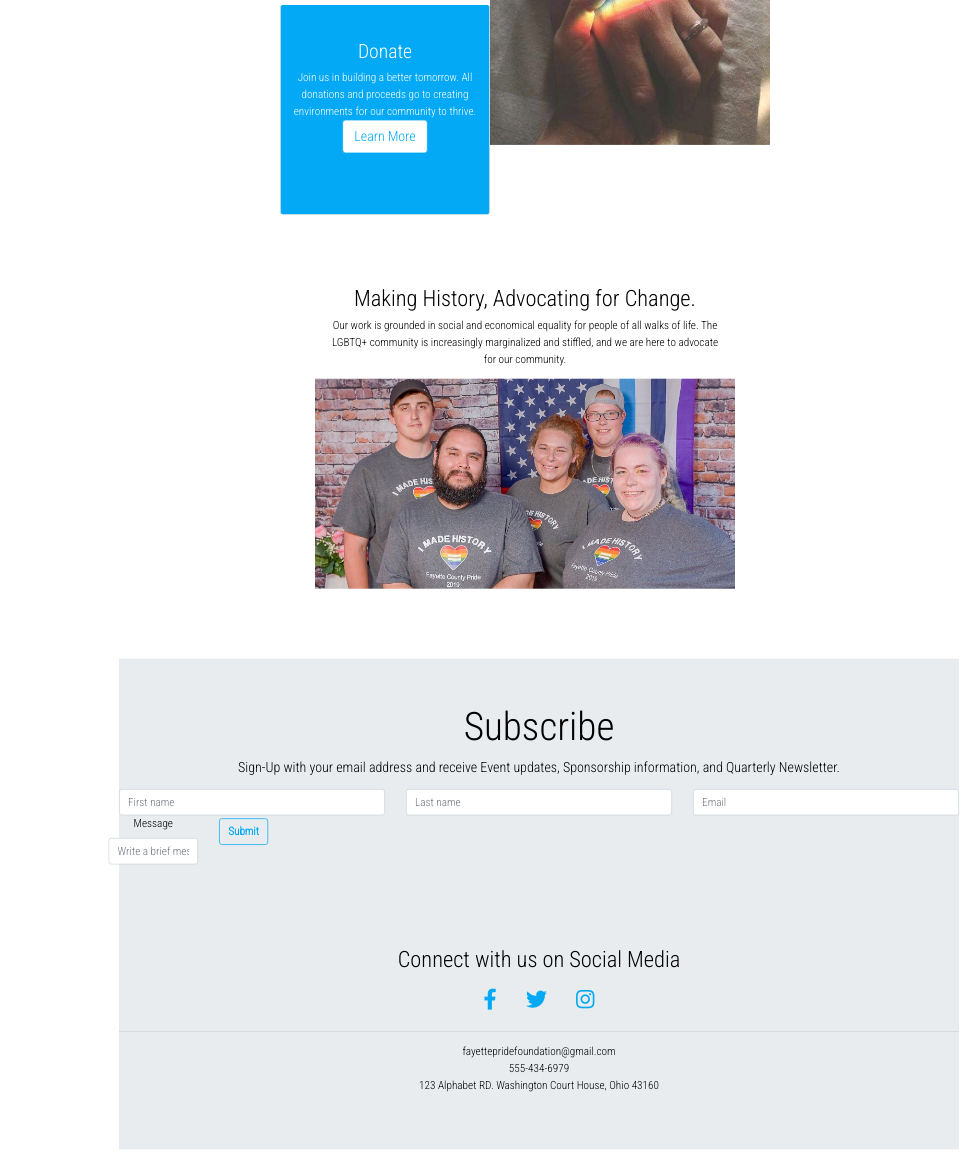
Repository: Code-Institute-Submissions/https-github.com-callendera-Milestone-Project-2
Page: index.html
The author's editor kept a record of every edit. The page is drawn from the files as they stood at one moment, then again after the next edit.
The browser window is 1280 px wide. The page is 1385 px wide, so the pictures cover 1385 px, including what lies to the right of the window. The pictures show the part of the page from y = 2050 to 3810 px (the page is 3724 px tall before and 3810 px after), at 70% of full size.
Backgrounds fixed to the window are drawn as part of the page. Some web libraries are served in a nearby version.

Above is the page before.

### index.html
<!DOCTYPE html>
<html lang="en">

<head>
    <meta charset="UTF-8">
    <meta name="viewport" content="width=device-width, initial-scale=1.0">
    <meta http-equiv="X-UA-Compatible" content="ie=edge">
    <title>Fayette County PRIDE</title>


    <link href="https://fonts.googleapis.com/css?family=Amatic+SC:700|Roboto+Condensed:300&display=swap" rel="stylesheet">

    <!--this code provides my Icons-->
    <link rel="stylesheet" href="https://use.fontawesome.com/releases/v5.8.1/css/all.css" integrity="sha384-50oBUHEmvpQ+1lW4y57PTFmhCaXp0ML5d60M1M7uH2+nqUivzIebhndOJK28anvf" crossorigin="anonymous">
    <!--this code allows me to use bootstrap styles and pieces of code-->
    <link rel="stylesheet" href="https://stackpath.bootstrapcdn.com/bootstrap/4.3.1/css/bootstrap.min.css" integrity="sha384-ggOyR0iXCbMQv3Xipma34MD+dH/1fQ784/j6cY/iJTQUOhcWr7x9JvoRxT2MZw1T" crossorigin="anonymous">

    <!--links to my style sheet: style.css-->
    <link rel="stylesheet" href="assets/css/style.css" type="text/css" />

</head>

<body>
    <!--NavBar-->

    <!--Navbar styles are given by the class names. and the navbar is fixed at the top to allow a better UX-->


    <nav class="navbar navbar-light my-navbar navbar-expand-sm fixed-top">
        <a class="navbar-brand my-navbar-brand" href="#">
    <img src="assets/images/logo.jpg" width="175" height="125" class="d-inline-block align-top" alt="Fayette County PRIDE logo">
  </a>

        <!--this code allows my navbar tp be compressed into a navbar toggler on smaller screen sizes-->
        <button class="navbar-toggler ml-auto my-navbar-toggler" type="button" data-toggle="collapse" data-target="#navbarNavDropdown" aria-controls="navbarNavDropdown" aria-expanded="false" aria-label="Toggle navigation">
            <span class="navbar-toggler-icon my-navbar-toggler-icon"></span></button>


        <!--this code targets the toggler-->
        <div class="collapse navbar-collapse" id="navbarNavDropdown">
            <!--these are my links to navigate you through the site-->
            <ul class="navbar-nav my-navbar-nav mr-auto justify-content-center">
                <li class="nav-item mr-2"><a class="nav-link my-nav-link" href="//">Sponsorship</a></li>
                <li class="nav-item mr-2"><a class="nav-link my-nav-link" href="//">Events</a></li>
                <li class="nav-item mr-2"><a class="nav-link my-nav-link" href="//">Volunteer</a></li>
                <li class="nav-item mr-6"><a class="nav-link my-nav-link" href="contact.html">Learn More</a></li>
            </ul>
            <!--This code blocks the button and text from being shown on small screens, but appears on larger screen sizes-->
            <div class="d-none d-lg-block">
                <!--gives the viewer the oportunity to become a sponsor while still browsing the site-->

                <a href="contact.html"><button type="button" class="btn btn-lg my-nav-btn btn-success my-btn">Donate</button></a>
            </div>
        </div>
    </nav>
    <!--navbar-->

    <!--CallOut-->
    <!-- this div allows for a full width container, spanning the entire width of the viewport.-->
    <div class="container-fluid">


        <!--holds the background picture for the landing page-->

        <div class="col-12 callout-container">




        </div>
        <!--callout-->
        <hr>
        <!--Involved-->
        <div class="row text-center involved-margin">

            <span class="border-top-0 rounded border involved-span">
                <div class="involved-padding">
                <h3>Volunteer</h3>
               <p>Get involved and join us in making history. Our work would not be possible without you. We rely on the passion and expertise of volunteers to make our vision a reality. </p> <a href="contact.html"><button type="button" class="btn btn-lg my-nav-btn btn-success my-involved-btn">Learn More</button></a>
                </div>
            </span>


            <div class="involved-div1 rounded-top float-right">
                <!--<img src="assets/images/rainbow.jpg" class="rounded-top float-right" alt="...">-->
            </div>

        </div>
        <div class="row text-center involved-margin">
            <div class="involved-div2 rounded-top float-left">
                <!--<img src="assets/images/vendors.jpg" class="rounded-top float-left" alt="...">-->
            </div>

            <span class="border-top-0 rounded border involved-span">
                <div class="involved-padding">
                <h3>Vendor Application</h3>
             <p>We are looking for locally sourced and community oriented vendors to help represent our foundation. Vendor applications are available in a PDF and online form.<a href="contact.html"><button type="button" class="btn btn-lg my-nav-btn btn-success my-involved-btn">Learn More</button></a></p>
                </div>
            </span>
        </div>
    </div>
    <div class="row text-center involved-margin">

        <span class="border-top-0 rounded border involved-span">
            <div class="involved-padding">
                <h3>Donate</h3>
                <p>Join us in building a better tomorrow. All donations and proceeds go to creating environments for our community to thrive. <a href="contact.html"><button type="button" class="btn btn-lg my-nav-btn btn-success my-involved-btn">Learn More</button></a></p>
                </div>
            </span>

        <div class="involved-div3 rounded-top float-right">
            <!--<img src="assets/images/holding.jpg" class="rounded-top float-right" alt="...">-->
        </div>

    </div>


    <div class="row text-center history-div">
        <div class="col-12 history-col">
            <h2>Making History, Advocating for Change.</h2>
            <p>Our work is grounded in social and economical equality for people of all walks of life. The LGBTQ+ community is increasingly marginalized and stiffled, and we are here to advocate for our community. </p>
        </div>
        <div class="col-12 group-image-div">

        </div>
    </div>
    <div class="jumbotron jumbotron-fluid my-jumbotron text-center">
        <div class="container">
            <h1 class="display-4">Subscribe</h1>
            <p class="lead">Sign-Up with your email address and receive Event updates, Sponsorship information, and Quarterly Newsletter.</p>
        </div>
        <form>
            <div class="row">
                <div class="col-4">
                    <input type="text" class="form-control" placeholder="First name">
                </div>
                <div class="col-4">
                    <input type="text" class="form-control" placeholder="Last name">
                </div>
                <div class="col-4">
                    <input type="email" class="form-control" id="inputEmail3" placeholder="Email">
                </div>
                <div class="row">
                <div class="form-group col-6">
                    <label for="inputAddress">Message</label>
                    <input type="text" class="form-control" id="inputAddress" placeholder="Write a brief message">
                </div>
                <div class="col-auto my-1">
                    <button type="submit" class="btn btn-primary my-btn">Submit</button>
                </div>
            </div>
        </form>
    </div>
    <div class="col-12 social-container text-center">
        <h2 class="social-heading">Connect with us on Social Media</h2>
        <div>



            <!--all social media links are placed within a span to allow them to line up inline-->
            <ul class="list-inline social-media">
                <!--atrribute is given to make the social media symbol a link to the facebook page-->
                <li class="list-inline-item"><a href="//" target="_blank"><i class="fab fa-facebook-f"></i>
                    <span class="sr-only">Facebook</span></a></li>
                <!--atrribute is given to make the social media symbol a link to the twitter page-->
                <li class="list-inline-item"><a href="//" target="_blank"><i class="fab fa-twitter"></i>
                    <span class="sr-only">Twitter</span></a></li>
                <!--atrribute is given to make the social media symbol a link to the youtube page-->
                <li class="list-inline-item"><a href="//" target="_blank"><i class="fab fa-instagram"></i>
                    <span class="sr-only">Instagram</span></a></li>
            </ul>
        </div>
    </div>



    <!--involved-->
    <hr>

    <footer>
        <div class="row text-center">



            <!--entire section gives the user the info on how to contact the band-->



            <div class="col-12">


                <p>fayettepridefoundation@gmail.com</br>
                    555-434-6979</br>
                    123 Alphabet RD. Washington Court House, Ohio 43160
                </p>

            </div>





        </div>
    </footer>
    <!--contactinfo-->
    </div>
    <!--script used for DOM manipulation in modal-->
    <script src="https://code.jquery.com/jquery-3.3.1.slim.min.js" integrity="sha384-q8i/X+965DzO0rT7abK41JStQIAqVgRVzpbzo5smXKp4YfRvH+8abtTE1Pi6jizo" crossorigin="anonymous"></script>

    <!--positioning engine, used throughout webpage-->
    <script src="https://cdnjs.cloudflare.com/ajax/libs/popper.js/1.14.7/umd/popper.min.js" integrity="sha384-UO2eT0CpHqdSJQ6hJty5KVphtPhzWj9WO1clHTMGa3JDZwrnQq4sF86dIHNDz0W1" crossorigin="anonymous"></script>

    <!--script needed to link my bootstrap classes-->
    <script src="https://stackpath.bootstrapcdn.com/bootstrap/4.3.1/js/bootstrap.min.js" integrity="sha384-JjSmVgyd0p3pXB1rRibZUAYoIIy6OrQ6VrjIEaFf/nJGzIxFDsf4x0xIM+B07jRM" crossorigin="anonymous"></script>

    </div>

</body>

</html>

### assets/css/style.css
/** {*/
/*  background: #000 !important;*/
/*  color: #0f0 !important;*/
/*  outline: solid #f00 1px !important;*/
/*}*/


/*--Background Styles--*/
body {
    font-family: 'Roboto Condensed', sans-serif;

    background-color: #ffffff;
    color: black;
}

.callout-container {
    /*--- sets background image for callout container. it is set to not repeat, so the image doesnt stretch, and the image will be centered horizontally and pushed to the top of the container. the background will also not scroll, but remained positioned so things will scroll past it---*/
    background: url("../images/crowd.jpg")no-repeat center center fixed;
    /*--- adjusts background for different browsers ---*/
    -webkit-background-size: cover;
    -moz-background-size: cover;
    -o-background-size: cover;
    background-size: cover;

    /*--- makes the background fit to the container ---*/
    overflow: hidden;

    /*--- aligns and justifies text in container ---*/
    align-items: center;
    justify-content: center;
    /*--- the height that container will take up in the viewport ---*/
    height: 100vh;

}

.involved-container {
    color: black;
    padding-top: 500px;

    /*--- makes the background fit to the container ---*/
    overflow: hidden;

    /*--- aligns and justifies text in container ---*/
    align-items: center;
    justify-content: center;
    /*--- the height that container will take up in the viewport ---*/
    height: 60vh;

}

.opaque-overlay {
    /*---positioned relative to the nearest positioned ancestor---*/
    position: absolute;
    top: 0;
    left: 0;
    /*--- size of overlay to just cover background image ---*/
    height: 100%;
    width: 100%;
    /*--- color of background to be grey but almost transparent to make white text stand out ---*/
    background-color: rgba(0, 0, 0, 0.55);

    /*---pulls content forward to be visible on Z-index axis---*/
    z-index: 1;

}

/*--Navbar Styles--*/

.my-navbar {
    font-family: 'Roboto Condensed', sans-serif;

    /*--- removes margins automatically set by bootstrap ---*/
    margin: 0;
    /*--- removes padding automatically set by bootstrap ---*/
    padding-left: 20px;
    padding-right: 20px;
    padding-bottom: 0;
    padding-top: 0;
    background-color: #ffffff;
    /*--- color of text white ---*/

    height: 150px;
}

.my-navbar-nav {
    /*--- removes padding automatically set by bootstrap ---*/
    padding-left: 30px;
    /*--- color of text white ---*/


}



.my-nav-link {
    /*--- color of text white ---*/
    color: black;
    /*--- color change transition when hovering over my-nav-link ---*/
    transition: all 0.40s ease-in-out;
    -moz-transition: all 0.40s ease-in-out;
    -webkit-transition: all 0.40s ease-in-out;
    -o-transition: all 0.40s ease-in-out;
    /*--- adjustments for each web browser ---*/
}


.my-navbar-toggler {
    /*--- display to fill contents ---*/
    display: contents;
    width: 2em;
    height: 2em;
    /*--- aligns to fit toggler container ---*/
    vertical-align: middle;
    /*--- content aligned according to parent element ---*/
    content: "";
    /*--- toggler doesn't repeat and it center to container ---*/
    background: no-repeat center center;
    /*--- toggler 100% of toggler container ---*/
    background-size: 100% 100%;

    /*--- color of text white ---*/
    color: black;
    /*--- removes margins automatically set by bootstrap ---*/
    margin-right: 30px;
}

.my-navbar-toggler-icon {
    /*--- color of icon white ---*/
    color: black;

}

.my-navbar-brand {
    font-family: 'Amatic SC', cursive;

}

/*--Buttons--*/

.my-btn {
    /*---blue color--*/
    background-color: #28a74500;
    border-color: #03A9F4;
    color: #03A9F4;
    font-weight: 800;

}

.my-btn:hover {
    /*--- color of background: blue ---*/
    background-color: #03A9F4;
    /*--- when mouse is hovered the button will transition for .40seconds to a darker green color. the color will gradually ease in and then ease out. ---*/
    transition: all 0.40s ease-in-out;
    -moz-transition: all 0.40s ease-in-out;
    -webkit-transition: all 0.40s ease-in-out;
    -o-transition: all 0.40s ease-in-out;
    /*--- adjustments for each web browser ---*/
}

.my-involved-btn {
    background-color: #ffffff;
    border-color:  #03A9F4;
    color:  #03A9F4;
}

.my-involved-btn:hover {
    /*--- color of background: blue ---*/
    background-color: #03A9F4;
    /*--- when mouse is hovered the button will transition for .40seconds to a darker green color. the color will gradually ease in and then ease out. ---*/
    transition: all 0.40s ease-in-out;
    -moz-transition: all 0.40s ease-in-out;
    -webkit-transition: all 0.40s ease-in-out;
    -o-transition: all 0.40s ease-in-out;
    /*--- adjustments for each web browser ---*/
}

.social-heading {
    padding-top: 100px;
}

.social-media i {
    /*---blue color--*/
    color: #03A9F4;
    font-size: 30px;
    padding: 15px;
}

.social-media i:hover {
 /*--- color of background: darker green ---*/
    color: #2567ae;
    /*--- when mouse is hovered the button will transition for .40seconds to a darker green color. the color will gradually ease in and then ease out. ---*/
    transition: all 0.40s ease-in-out;
    -moz-transition: all 0.40s ease-in-out;
    -webkit-transition: all 0.40s ease-in-out;
    -o-transition: all 0.40s ease-in-out;
    /*--- adjustments for each web browser ---*/
}


.my-icon i {
    /*---blue color--*/
     color:  #03A9F4;
    font-size: 50px;
}
.my-icon i:hover {
     /*--- color of background: darker blue ---*/
    color: #2567ae;
    /*--- when mouse is hovered the button will transition for .40seconds to a darker blue color. the color will gradually ease in and then ease out. ---*/
    transition: all 0.40s ease-in-out;
    -moz-transition: all 0.40s ease-in-out;
    -webkit-transition: all 0.40s ease-in-out;
    -o-transition: all 0.40s ease-in-out;
    /*--- adjustments for each web browser ---*/
}

/*--- Images ---*/

.involved-div3 {

     background: url("../images/holding.jpg")no-repeat center center;
    /*--- adjusts background for different browsers ---*/
    -webkit-background-size: cover;
    -moz-background-size: cover;
    -o-background-size: cover;
    background-size: cover;

    /*--- makes the background fit to the container ---*/
    overflow: hidden;

    /*--- aligns and justifies text in container ---*/
    align-items: center;
    justify-content: center;

    width: 400px;
    height: 400px;
}

.involved-div2 {

     background: url("../images/vendors.jpg")no-repeat center center;
    /*--- adjusts background for different browsers ---*/
    -webkit-background-size: cover;
    -moz-background-size: cover;
    -o-background-size: cover;
    background-size: cover;

    /*--- makes the background fit to the container ---*/
    overflow: hidden;

    /*--- aligns and justifies text in container ---*/
    align-items: center;
    justify-content: center;

    width: 400px;
    height: 400px;
}

.involved-div1 {

     background: url("../images/rainbow.jpg")no-repeat center center;
    /*--- adjusts background for different browsers ---*/
    -webkit-background-size: cover;
    -moz-background-size: cover;
    -o-background-size: cover;
    background-size: cover;

    /*--- makes the background fit to the container ---*/
    overflow: hidden;

    /*--- aligns and justifies text in container ---*/
    align-items: center;
    justify-content: center;

    width: 400px;
    height: 400px;
}

.involved-padding {
    padding-top: 50px;
}

.involved-margin {
    margin-left: 400px;
    margin-top: 40px;
}

.involved-span {
    width: 300px;
    height: 300px;
    background-color: #03A9F4;
    margin-top: 200px;
    color: #ffffff;
}

.history-div {
    width: 600px;
    margin-left: 450px;
    padding-top: 100px;
}

.group-image-div {

     background: url("../images/group.png")no-repeat center center;
    /*--- adjusts background for different browsers ---*/
    -webkit-background-size: cover;
    -moz-background-size: cover;
    -o-background-size: cover;
    background-size: cover;

    /*--- makes the background fit to the container ---*/
    overflow: hidden;

    /*--- aligns and justifies text in container ---*/
    align-items: center;
    justify-content: center;

    height: 300px;
    width: 800px;
    margin-left: ;

}

/*---MISC.--*/

.my-text-box {
    padding: 20px;
}

.my-jumbotron {
    width: 1200px;
    margin-left: 170px;
    margin-top: 100px;

}

.involved-container {
    padding: 0px;
}

.cover-heading {
    font-family: 'Amatic SC', cursive;
    font-size: 100px;
    padding-top: 100px;

}

/*---Media Queries--*/

@media (min-width: 576px){
    .my-navbar-nav {
    padding-left: 0px;
}

.opaque-overlay {
   height: 60vh;

}

.involved-container {
    padding: 0px;
}



}

@media (min-width: 992px) {

}

@media (min-width: 1200px){

.opaque-overlay {
   height: 90vh;

}


}

After the next edit:
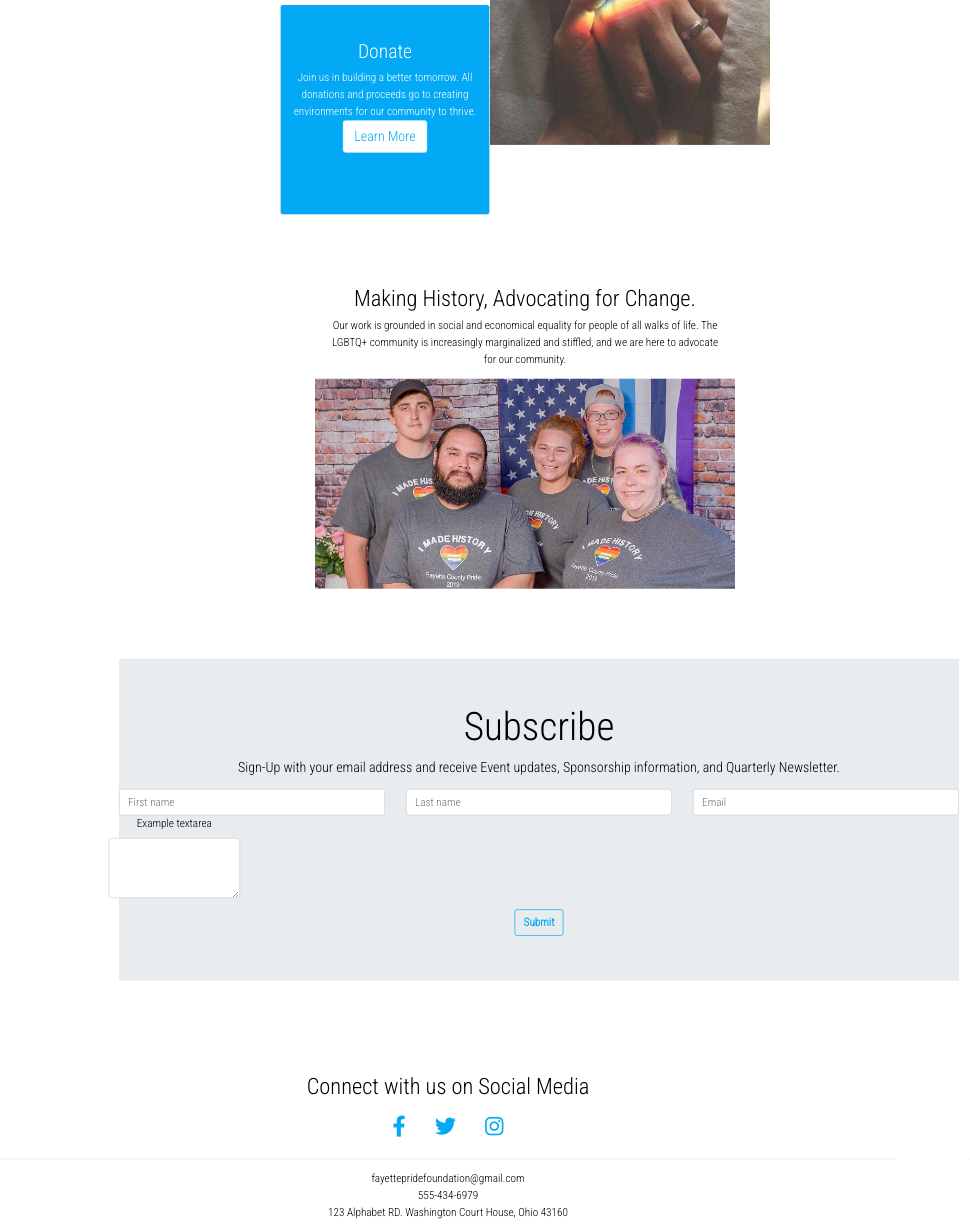
The edit:
--- a/index.html
+++ b/index.html
@@ -140,12 +140,11 @@
                 <div class="col-4">
                     <input type="email" class="form-control" id="inputEmail3" placeholder="Email">
                 </div>
-                <div class="row">
-                <div class="form-group col-6">
-                    <label for="inputAddress">Message</label>
-                    <input type="text" class="form-control" id="inputAddress" placeholder="Write a brief message">
-                </div>
-                <div class="col-auto my-1">
+                <div class="form-group">
+                    <label for="exampleFormControlTextarea1">Example textarea</label>
+                    <textarea class="form-control" id="exampleFormControlTextarea1" rows="3"></textarea>
+                </div>
+                <div class="col-12">
                     <button type="submit" class="btn btn-primary my-btn">Submit</button>
                 </div>
             </div>
